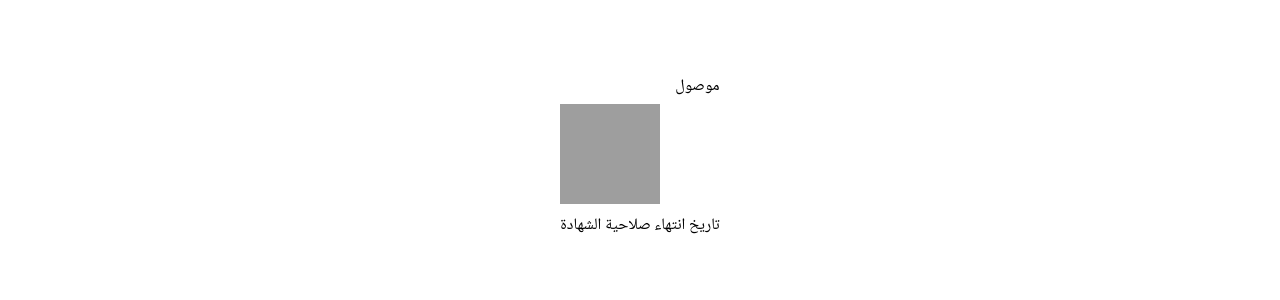
Repository: khanshakiil/ArabicHTMLToPDF
Page: HospitalFrontDesk/src/main/resources/html.html
An editor plug-in stored every save of this project. The page is shown before and after the next save, followed by the edit.
The browser window is 1280 px wide. The pictures show the whole page.
Pictures or frames that could not be fetched are drawn as grey boxes.

Above is the page before, as saved 2020-03-05 20:02:35.

### HospitalFrontDesk/src/main/resources/html.html
<!DOCTYPE html>
<html>

<head>
<style>
table {
margin: 60px;
padding: 10px;
align-content: center;
}
#qrCode{
width: 100px;
height: 100px;
}
</style>

</head>

<body>
<center>
<table>
<tr><td dir="rtl" style="font-family: Noto Naskh Arabic">موصول</td></tr>
<tr><td><img src="E:\\qrcode.png" id="qrCode"></img></td> </tr>
<tr><td dir="rtl" style="font-family: Noto Naskh Arabic">تاريخ انتهاء صلاحية الشهادة </td></tr>

</table></center>
</body>

</html>

After the next save:
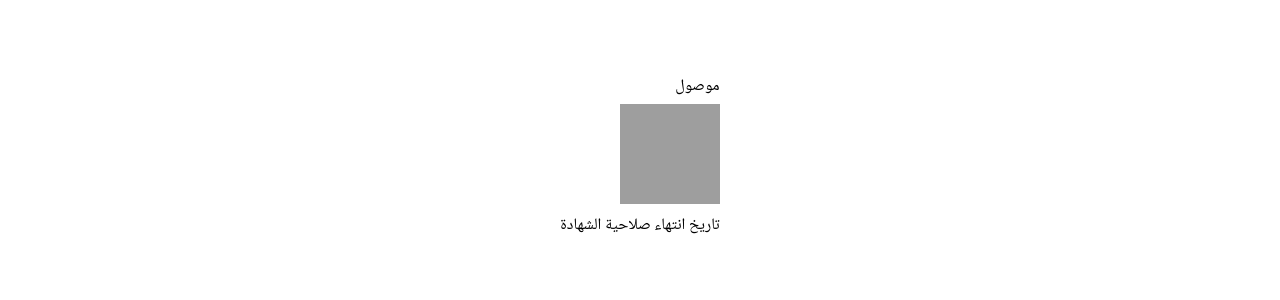
Saved 16 s later.
--- a/HospitalFrontDesk/src/main/resources/html.html
+++ b/HospitalFrontDesk/src/main/resources/html.html
@@ -20,7 +20,7 @@ height: 100px;
 <center>
 <table>
 <tr><td dir="rtl" style="font-family: Noto Naskh Arabic">موصول</td></tr>
-<tr><td><img src="E:\\qrcode.png" id="qrCode"></img></td> </tr>
+<tr><td dir="rtl"><img src="E:\\qrcode.png" id="qrCode"></img></td> </tr>
 <tr><td dir="rtl" style="font-family: Noto Naskh Arabic">تاريخ انتهاء صلاحية الشهادة </td></tr>
 
 </table></center>
